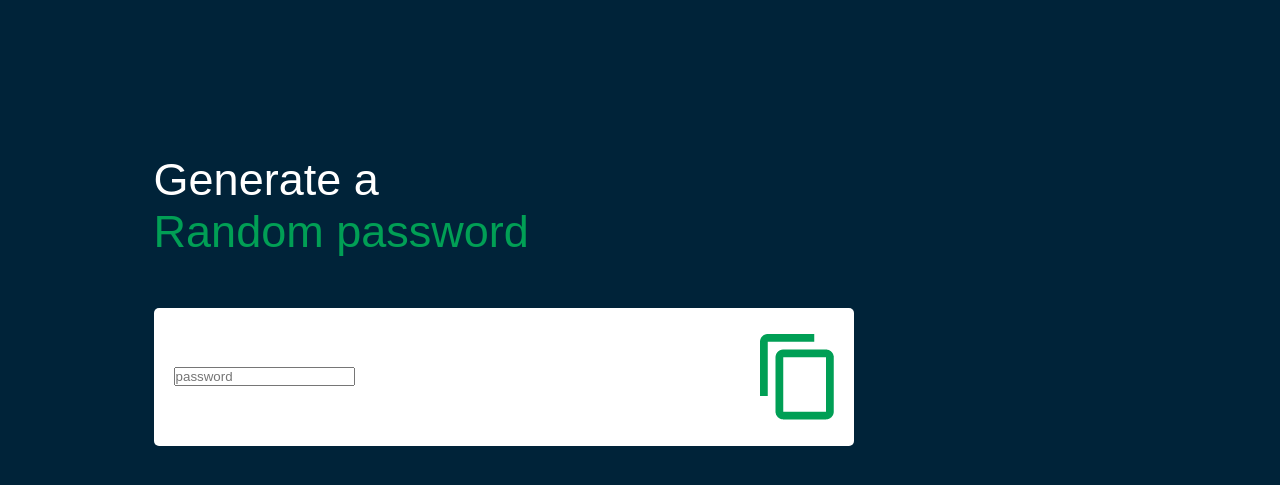
Repository: YAAMAR/password-generator
Page: Random password/index.html
An editor plug-in stored every save of this project. The page is shown before and after a run of saves, followed by the edit.
The browser window is 1280 px wide. The pictures show the whole page.

Above is the page before, as saved 2024-05-02 19:05:35.

### Random password/index.html
<!DOCTYPE html>
<html lang="en">
<head>
    <meta charset="UTF-8">
    <meta name="viewport" content="width=device-width, initial-scale=1.0">
    <title>Random Password Generator-Easy Tutorials</title>
    <link rel="stylesheet" href="style.css">
</head>
<body>
    <div class="container">

        <h1>Generate a <br> <span>Random password</span></h1>
        <div class="display">

            <input type="text" id="password" placeholder="password">
            <img src="images/copy.png">
        </div>
    </div>
</body>
</html>

### Random password/style.css
*{
    margin: 0;
    padding: 0;
    font-family: 'poppins',sans-serif;
    box-sizing: border-box;
}
body{
    background: #002339;
    color: #fff;
}
.container{
    margin: 12%;
    width: 90%;
    max-width: 700px;
}
.display{
    width: 100%;
    margin-top: 50px;
    margin-bottom: 30px;
    background:#fff ;
color: #fff;
display: flex;
align-items: center;
justify-content: space-between;
padding: 26px 20px;
border-radius: 5px;
}
.container h1{
    font-weight: 500;
    font-size: 45px;
}
.container h1 span{
    color: #019f55;
    border-bottom:4px solid # ;

}

After the next 4 saves:
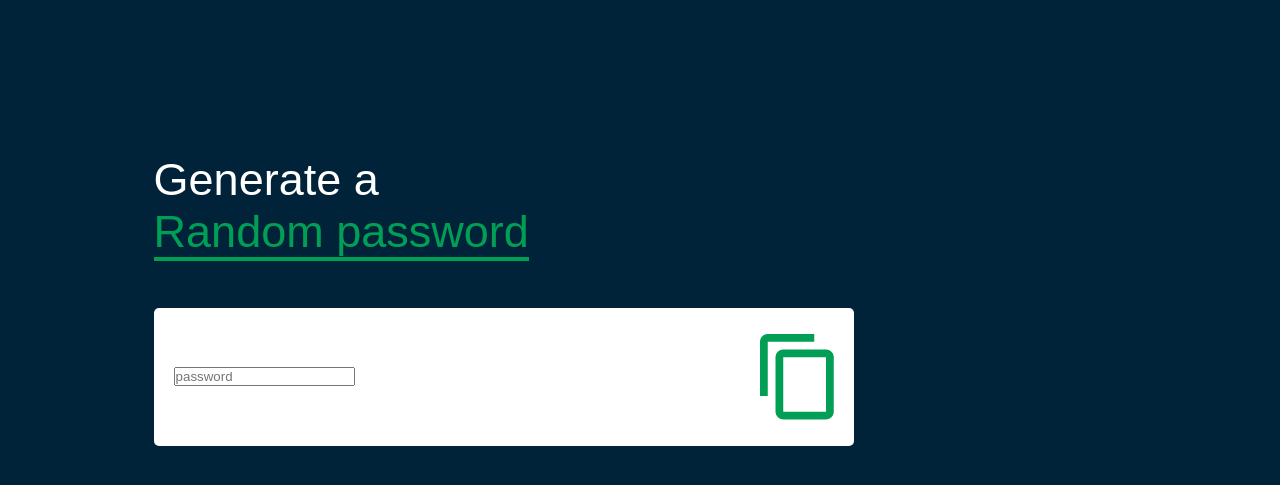
The 4 saves are shown as one change because they came seconds apart.
The last was saved 9 s later.
--- a/Random password/style.css
+++ b/Random password/style.css
@@ -31,6 +31,6 @@ border-radius: 5px;
 }
 .container h1 span{
     color: #019f55;
-    border-bottom:4px solid # ;
+    border-bottom:4px solid #019f55 ;
 
 }
